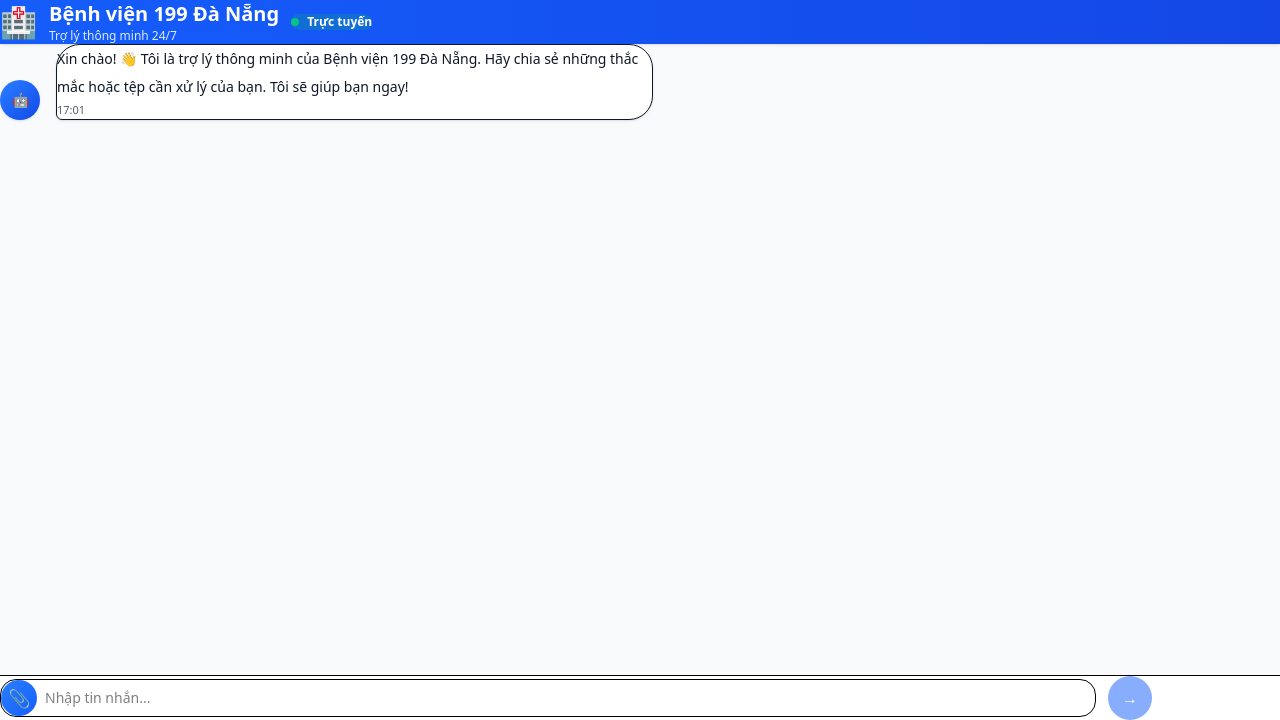
Repository: France2003/B-nh_Vi-n_199
Page: /
An editor plug-in stored every save of this project. The page is shown before and after the next save, followed by the edit.
The browser window is 1280 px wide. The pictures show the whole page.
The project was rebuilt for these pictures with package versions that can differ from the ones it lists, and the page was loaded fresh each time. Also part of the build but not shown: vite.config.ts, src/App.css, src/components/FilePreview.tsx.

Above is the page before, as saved 2026-01-10 12:00:50.

After the next save:
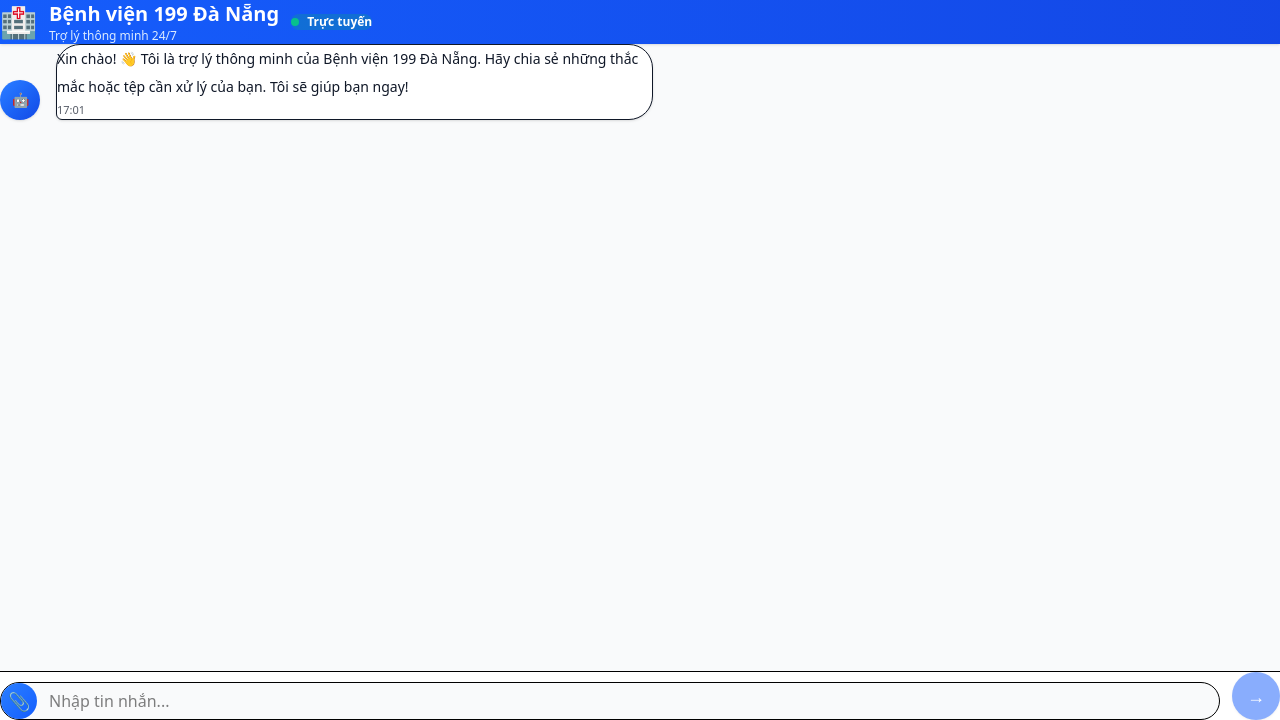
Saved 22 s later.
--- a/src/components/ChatBot.tsx
+++ b/src/components/ChatBot.tsx
@@ -103,8 +103,8 @@
       </div>
 
       {/* INPUT */}
-      <div className="border-t bg-white px-4 py-4">
-        <div className="w-full max-w-6xl mx-auto">
+      <div className="border-t bg-white py-4">
+        <div className="w-full px-4 sm:px-10 lg:px-20">
           {uploadedFiles.length > 0 && (
             <FilePreview
               files={uploadedFiles}
@@ -119,8 +119,8 @@
             />
           )}
 
-          <div className="flex items-center gap-3 mt-3">
-            <div className="flex flex-1 items-center gap-2 border rounded-2xl px-3 py-2">
+          <div className="flex items-end gap-3 mt-3">
+            <div className="flex flex-1 items-center gap-3 border rounded-3xl px-5 py-3 bg-gray-50 focus-within:ring-2 focus-within:ring-blue-500 transition">
               <FileUploader
                 onFilesUpload={(f) => setUploadedFiles((p) => [...p, ...f])}
                 showLabel={false}
@@ -130,20 +130,21 @@
                 onChange={(e) => setInputValue(e.target.value)}
                 onKeyDown={(e) => e.key === 'Enter' && handleSendMessage()}
                 placeholder="Nhập tin nhắn..."
-                className="flex-1 outline-none text-sm"
+                className="flex-1 bg-transparent outline-none text-base leading-6"
               />
             </div>
 
             <button
               onClick={handleSendMessage}
               disabled={!inputValue.trim() && !uploadedFiles.length}
-              className="w-11 h-11 rounded-full bg-blue-600 text-white font-bold hover:scale-105 transition disabled:opacity-50"
+              className="w-12 h-12 rounded-full bg-blue-600 text-white text-lg shadow hover:scale-110 transition disabled:opacity-50"
             >
               →
             </button>
           </div>
         </div>
       </div>
+
     </div>
   );
 };
